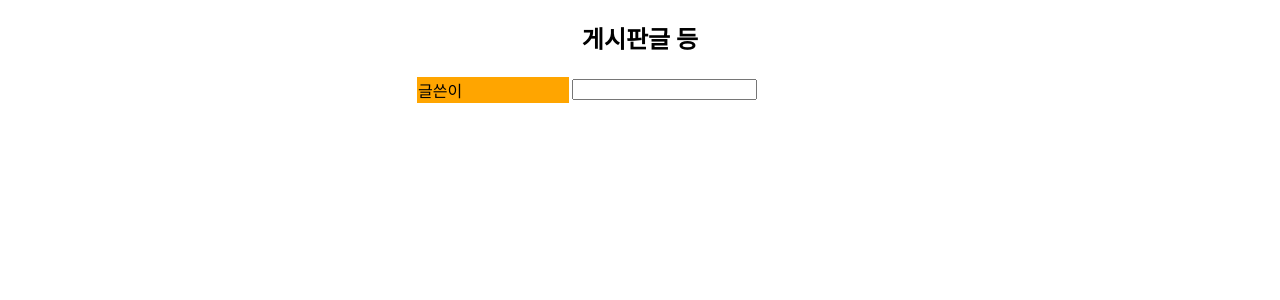
Repository: ReadStar/Jsp_MVC
Page: http://localhost/MVC_Board/board/qna_board_write.jsp
These files come from the project's save history. The page is drawn as it stood at one moment and after the next save; the edit follows.
The browser window is 1280 px wide. The pictures show the whole page.
The page is served by Tomcat 9.

Above is the page before, as saved 2020-11-10 01:45:59.

After the next save:
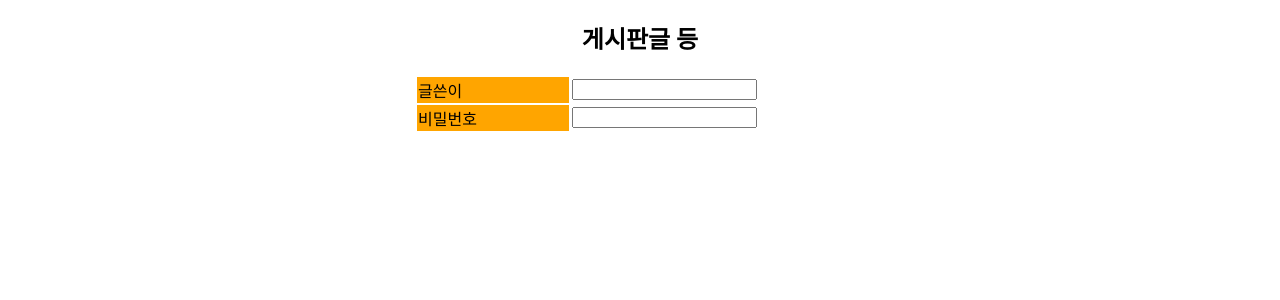
Saved 74 s later.
--- a/MVC_Board/WebContent/board/qna_board_write.jsp
+++ b/MVC_Board/WebContent/board/qna_board_write.jsp
@@ -48,7 +48,9 @@ table{
 					<td class="td_left"><label for="BOARD_NAME">글쓴이</label></td>
 					<td class="te_right"><input type="text" name="board_name" id="BOARD_NAME" required="required"/></td>
 				</tr>
-
+				<tr>
+					<td class="td_left"><label for="BOARD_PASS">비밀번호</label></td>
+					<td class=:td_right"><input name="BOARD_PASS" type="password" id="BOARD_PASS" required="requeired"</td></tr>
 			</table>
 			</form>
 	</section>
